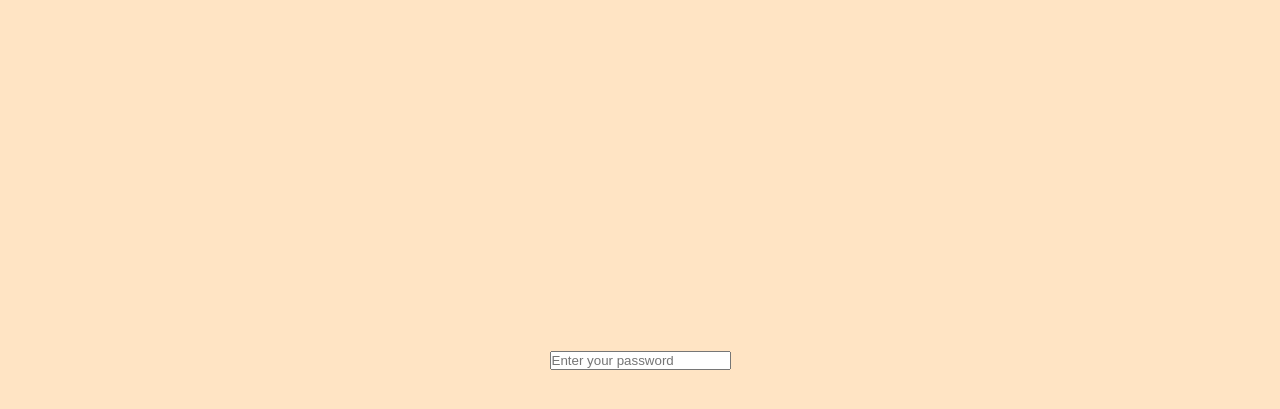
Repository: JunaidAnsari202/Password-Checker
Page: index.html
These files come from the project's save history. The page is drawn as it stood at one moment and after a run of saves; the edit follows.
The browser window is 1280 px wide. The pictures show the whole page.

Above is the page before, as saved 2024-10-13 10:36:17.

After the next 18 saves:
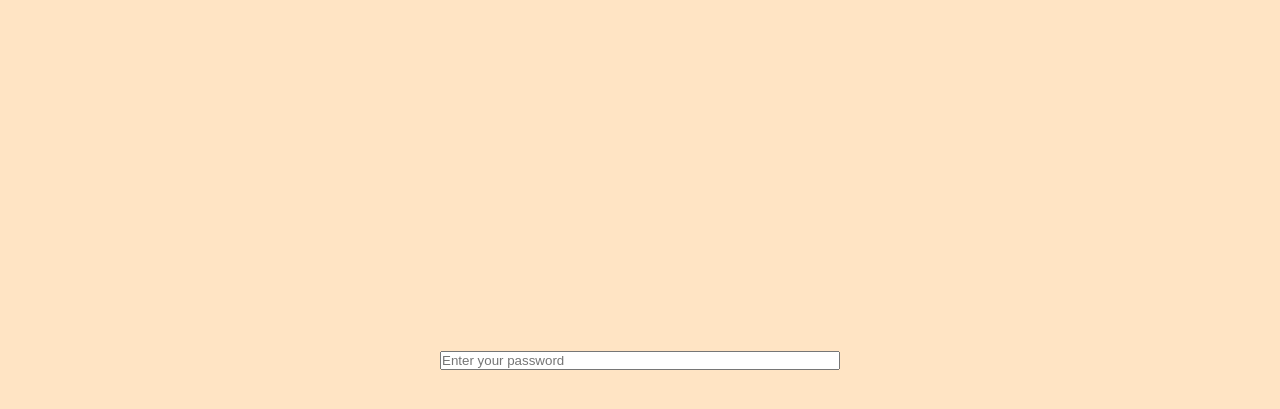
The 18 saves are shown as one change because they came seconds apart.
The last was saved 35 s later.
--- a/style.css
+++ b/style.css
@@ -12,6 +12,8 @@
     height: 100vh;
 }
 
-#input{
+#password{
+    width: 400px;
+    padding: ;
 
 }
